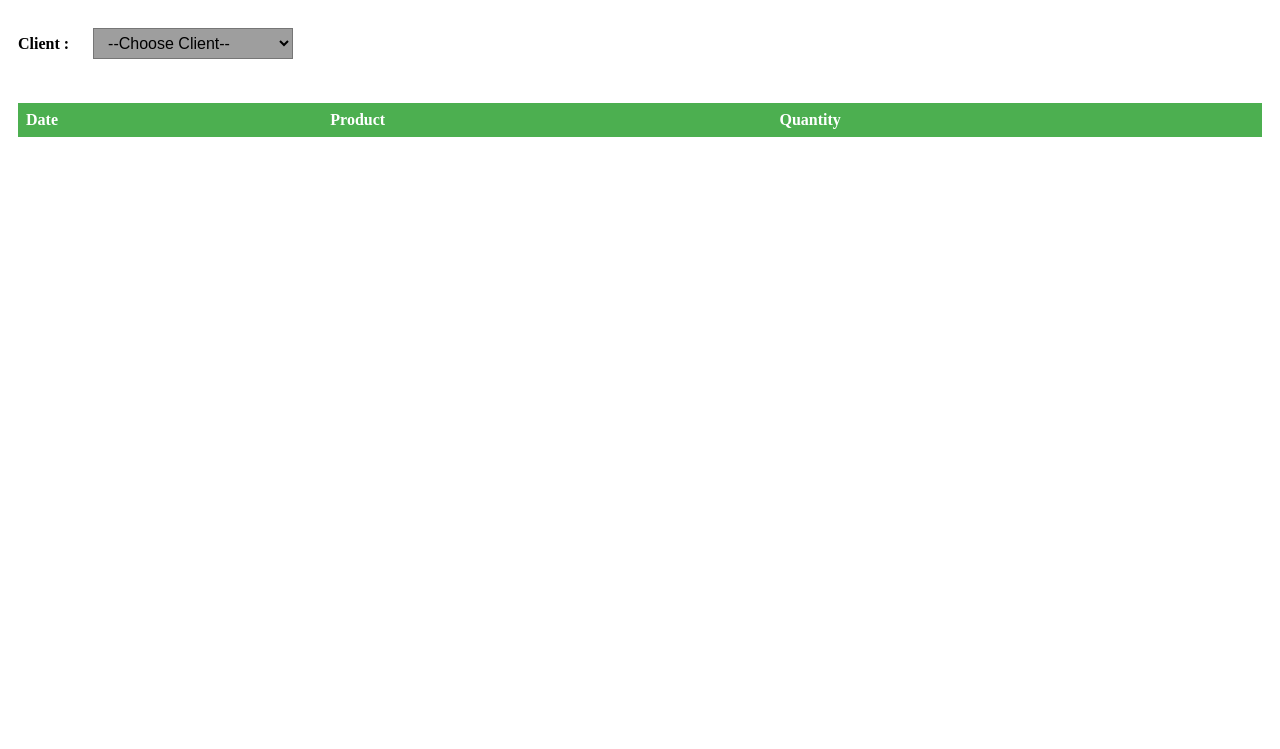
Repository: erjaimin/coding-ground
Page: http://localhost/SalesWebApp/stats.jsp
An editor plug-in stored every save of this project. The page is shown before and after the next save, followed by the edit.
The browser window is 1280 px wide. The pictures show the whole page.
Pictures or frames that could not be fetched are drawn as grey boxes. Some web libraries are served in a nearby version. The page is served by Tomcat 9. Queries for data that is not in the repository find no rows.

Above is the page before, as saved 2017-11-28 18:48:45.

After the next save:
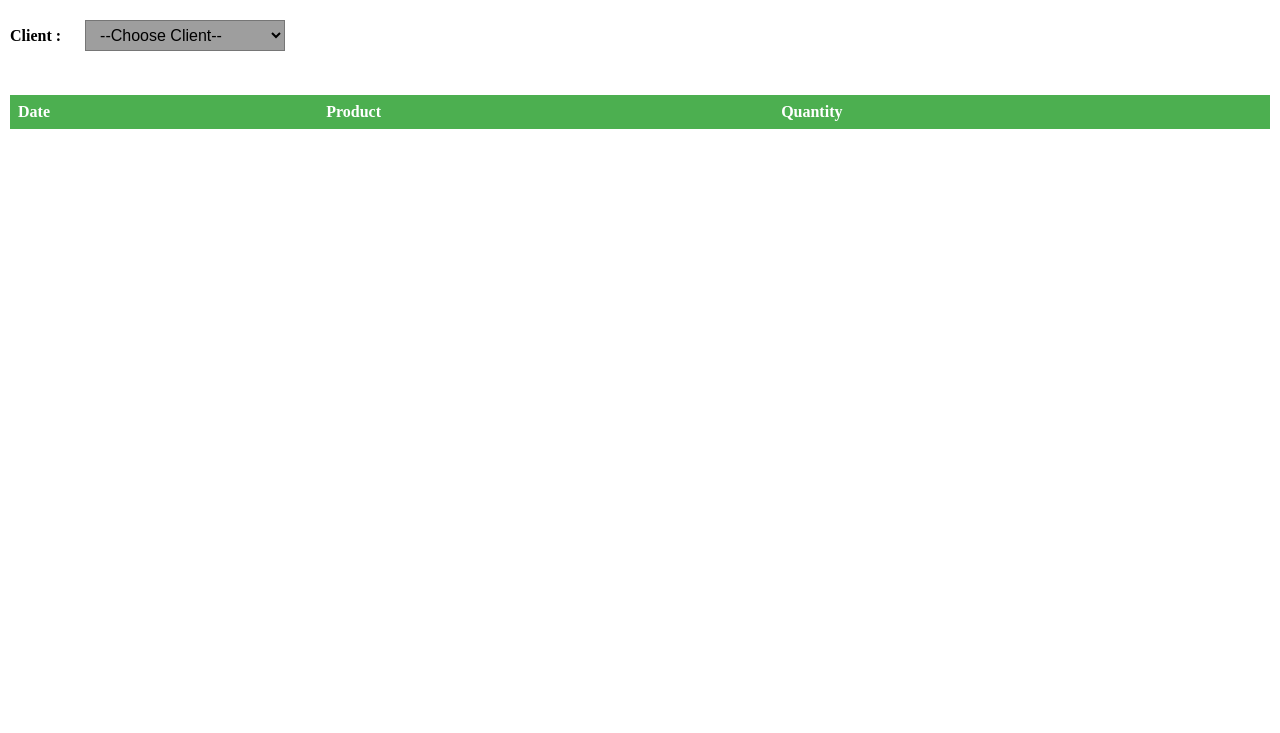
Saved 14 s later.
--- a/SalesWebApp/WebContent/stats.jsp
+++ b/SalesWebApp/WebContent/stats.jsp
@@ -93,6 +93,7 @@
 		}
 		body{
 			padding: 0px 10px;
+			margin: 0px;
 		}
 		.spacer{
 			width: 100%;
